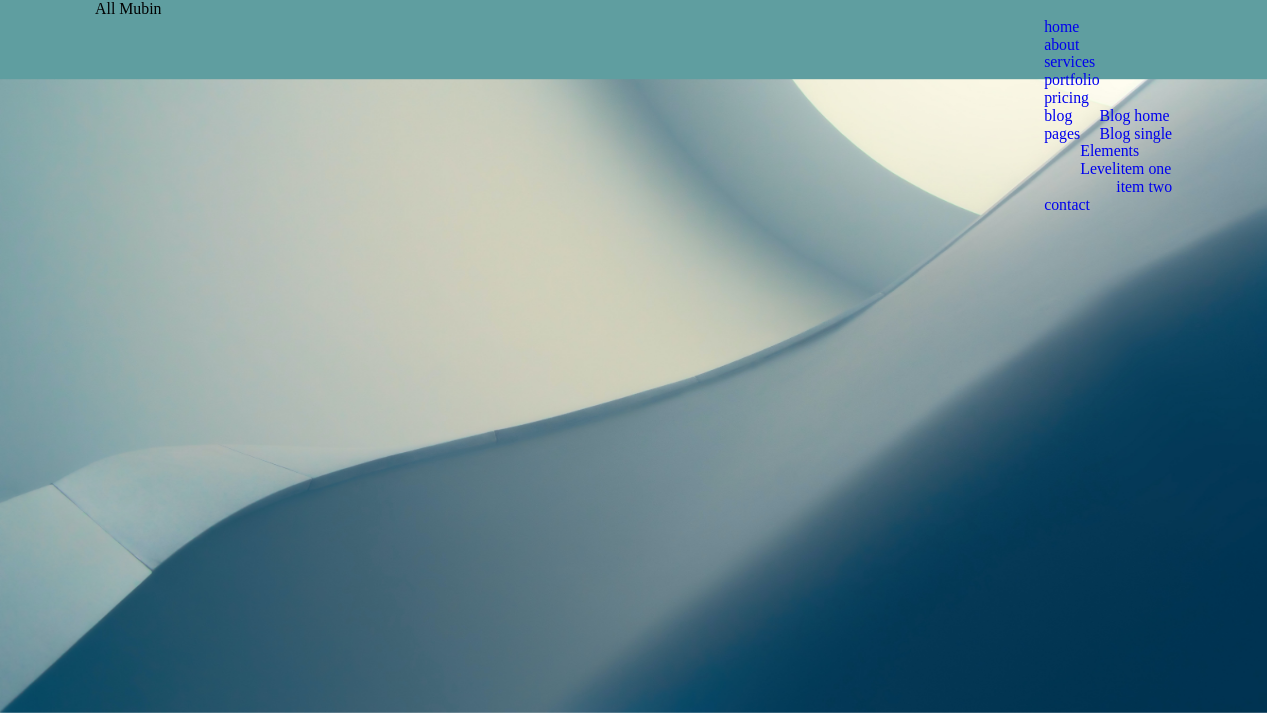
Repository: mdaj6804gmail/1-page-web-theme
Page: project 4/index.html
These files come from the project's save history. The page is drawn as it stood at one moment and after the next save; the edit follows.
The browser window is 1280 px wide. The pictures show the whole page, at 99% of full size.
Backgrounds fixed to the window are drawn as part of the page.

Above is the page before, as saved 2022-12-18 18:47:38.

After the next save:
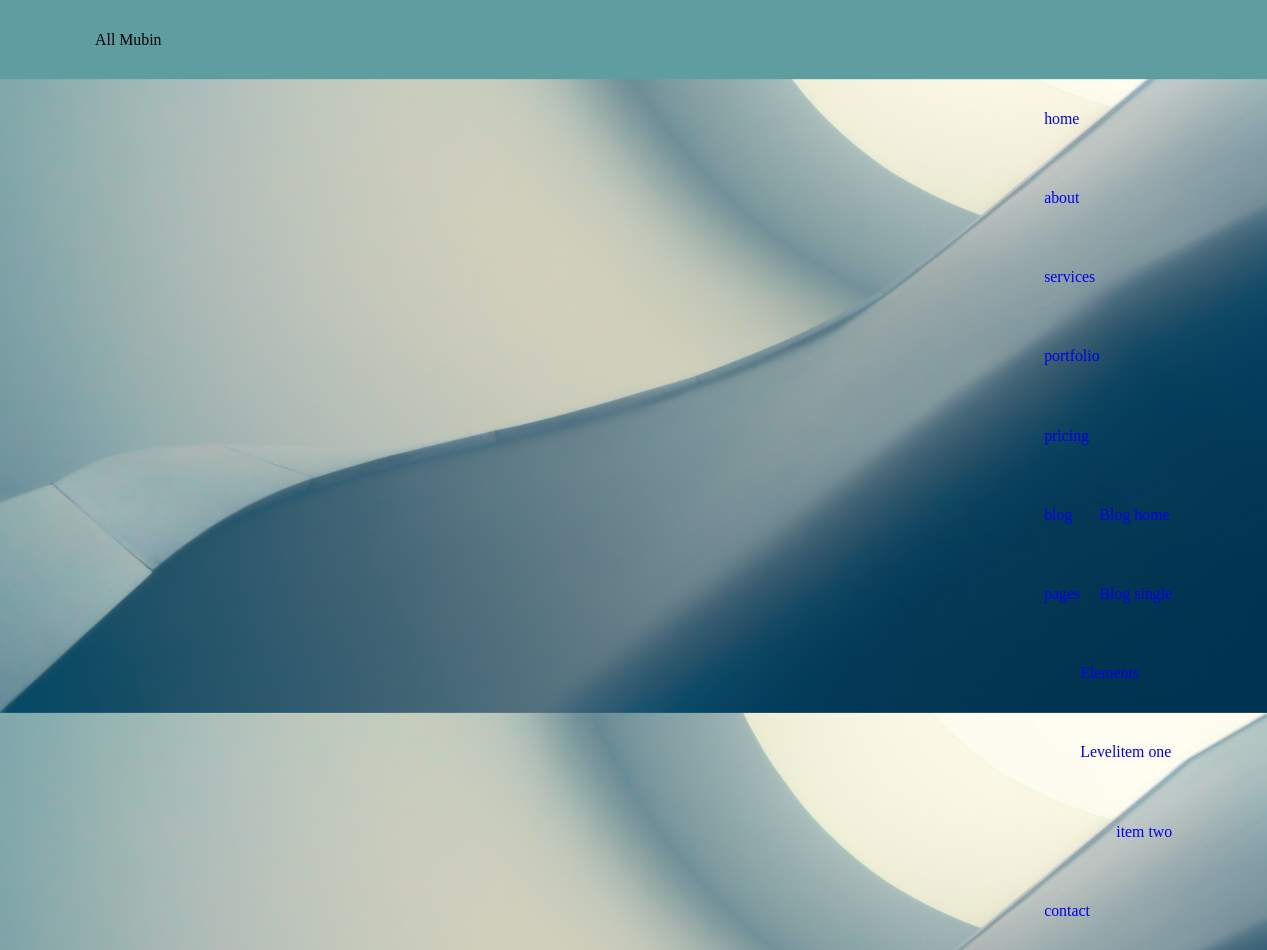
Saved 5 s later.
--- a/project 4/style.css
+++ b/project 4/style.css
@@ -25,7 +25,7 @@
 }
 nav{ width: 85%;
     margin: 0 auto;
-    line-height: ;
+    line-height: 80px;
 
 
 }
